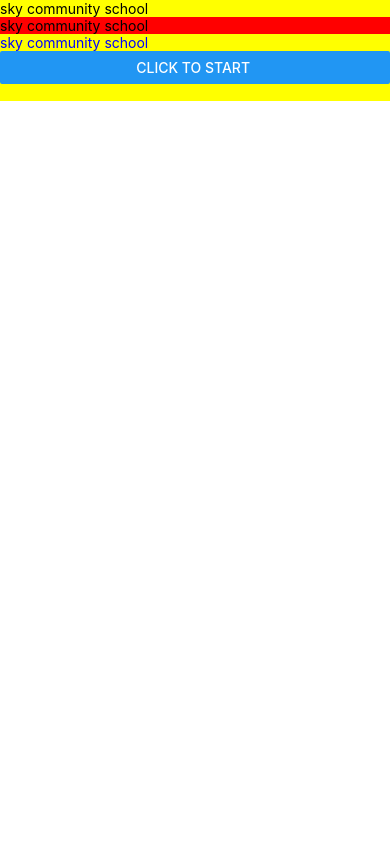
Repository: 2000-Nanayaw/MobileApp
Screen: /
These files come from the project's save history. The screen is drawn as it stood at one moment and after the next save; the edit follows.
The app was drawn by React Native's web renderer in a window 390 px wide. The project was rebuilt for these pictures with package versions that can differ from the ones it lists, and the page was loaded fresh each time.

Above is the screen before, as saved 2023-08-24 02:16:30.

After the next save:
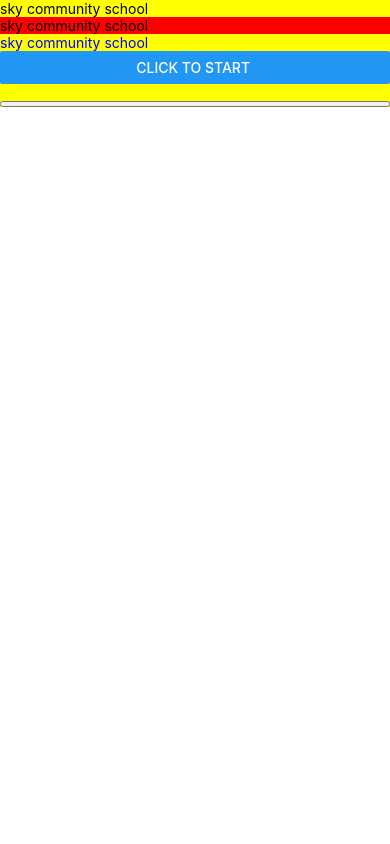
Saved 4 min 10 s later.
--- a/App.js
+++ b/App.js
@@ -10,6 +10,7 @@ import { Button, StyleSheet, Text, TextInput, View, YellowBox } from 'react-nati
       <Text style={styles.jsarText}>sky community school</Text>
       <Button title='click to start '/>
       <TextInput />
+      <button title='sign up'/>
       </View>
       <StatusBar style="auto" />
     </View>
